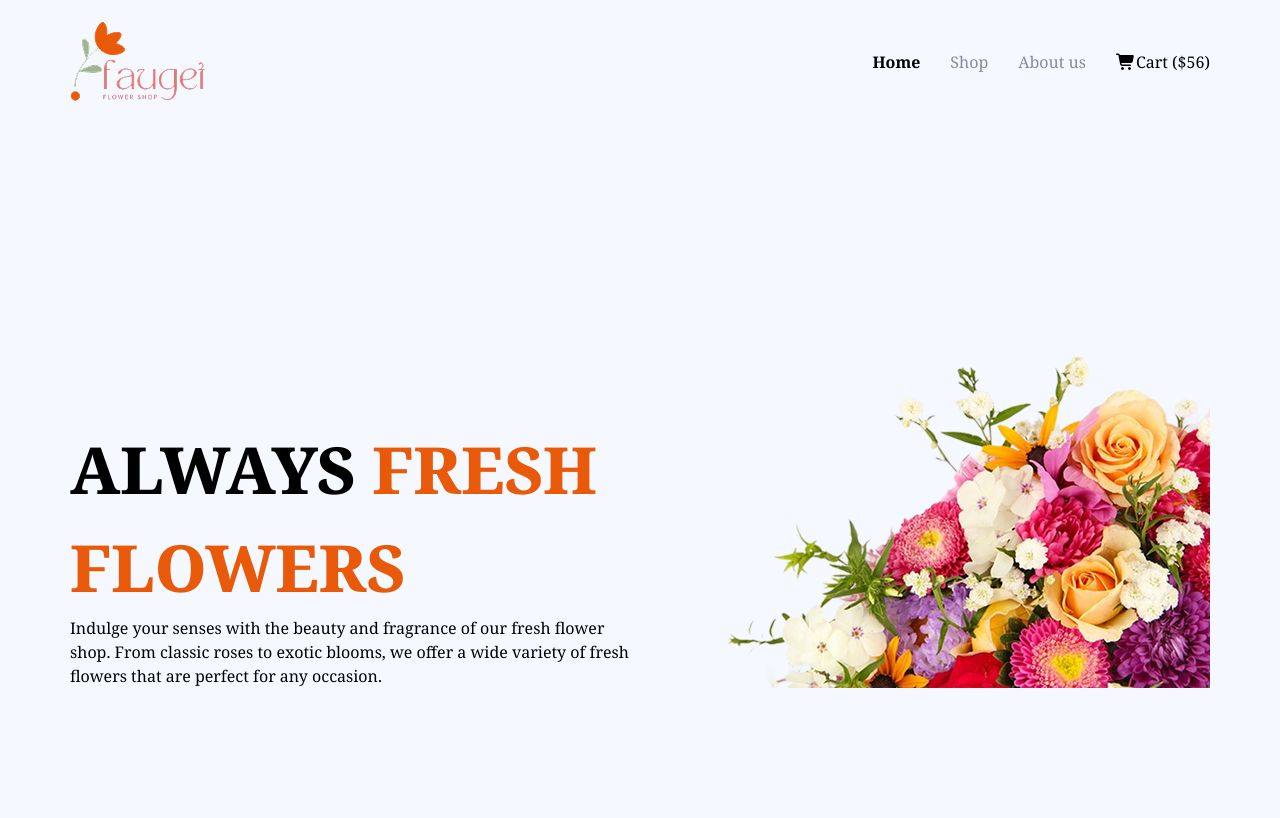
Repository: nahid-hasann/website-7
Page: index.html
An editor plug-in stored every save of this project. The page is shown before and after a run of saves, followed by the edit.
The browser window is 1280 px wide. The pictures show the whole page.
Some web libraries are served in a nearby version.

Above is the page before, as saved 2025-07-23 23:16:17.

### index.html
<!DOCTYPE html>
<html lang="en">
<head>
    <meta charset="UTF-8">
    <meta name="viewport" content="width=device-width, initial-scale=1.0">
     <script src="https://cdn.jsdelivr.net/npm/@tailwindcss/browser@4"></script>
    <title> website-7 </title>
    <link rel="stylesheet" href="style.css">
    <link rel="stylesheet" href="https://cdnjs.cloudflare.com/ajax/libs/font-awesome/7.0.0/css/all.min.css" integrity="sha512-DxV+EoADOkOygM4IR9yXP8Sb2qwgidEmeqAEmDKIOfPRQZOWbXCzLC6vjbZyy0vPisbH2SyW27+ddLVCN+OMzQ==" crossorigin="anonymous" referrerpolicy="no-referrer" />
   <link rel="preconnect" href="https://fonts.googleapis.com">
<link rel="preconnect" href="https://fonts.gstatic.com" crossorigin>
<link href="https://fonts.googleapis.com/css2?family=Noto+Serif:ital,wght@0,100..900;1,100..900&display=swap" rel="stylesheet">
</head>
<body class="noto-serif-nahid">


    <header>
        <nav>
            <div class="nav-logo">
                <img src="assets/logo.png" alt="">
            </div>
            <div class="nav-menu">
                <ul>
                    <li class="ul-li" style="color: black; font-weight: bold;">Home</li>
                    <li class="ul-li" >Shop</li>
                    <li class="ul-li" >About us</li>
                    <li class="last-li" style="color: black;"><i class="fa-solid fa-cart-shopping"></i>Cart ($56)</li>
                </ul>
            </div>
        </nav>
    </header>

    <main class="main">

        <section class="banner">
            <div class="banner-section">
                <div class="banner-description">
                    <h1>ALWAYS <span style="color: #e85a0a;">FRESH <br> FLOWERS</span></h1>
                    <p>Indulge your senses with the beauty and fragrance of our fresh flower shop. From classic roses to exotic blooms, we offer a wide variety of fresh flowers that are perfect for any occasion.  </p>
                </div>
                <div class="banner-img">
                    <img src="assets/hero-flower.png" alt="">
                </div>
            </div>
        </section>

    </main>




</body>
</html>

### style.css


*{
    margin: 0;
    padding: 0;
    box-sizing: border-box;
}


.noto-serif-nahid {
  font-family: "Noto Serif", serif;
  font-optical-sizing: auto;
  font-style: normal;
  font-variation-settings:
    "wdth" 100;
}

body{
    background-color: #f5f8ff;
}



/* header suru  */

header{
   margin: 20px auto;
   max-width: 1140px;
}

nav{
    display: flex;
    justify-content: space-between;
    align-items: center;
}

.nav-logo img{
    width: 100%;
}

.nav-menu ul{
     display: flex;
     gap: 30px;
     align-items: center;
     justify-content: center;
     margin: auto 0;
}

.nav-menu ul li{
    color: rgba(137, 135, 161, 1);
    font-weight: 400;
}


/* header sesh  */

.main{
    width: 1140px;
    margin: auto;
}

/* banner-section  */

.banner{
    margin: 230px 0 130px 0;
}

.banner-section{
     display: flex;
     align-items: end;
}

.banner-description{
    /* max-width: 500px; */
}

.banner-description h1{
    font-size: 65px;
    font-weight: 800;

}

.banner-img img{
    max-width: 570px;
}

/* banner-section  */





@media screen and (max-width:575px) {
    header{
        width: 100%;
    }

nav{
    margin:0 30px;

}

.nav-logo img{
    width: 63px;
}
    .ul-li{
        display: none;
    }

}

After the next 6 saves:
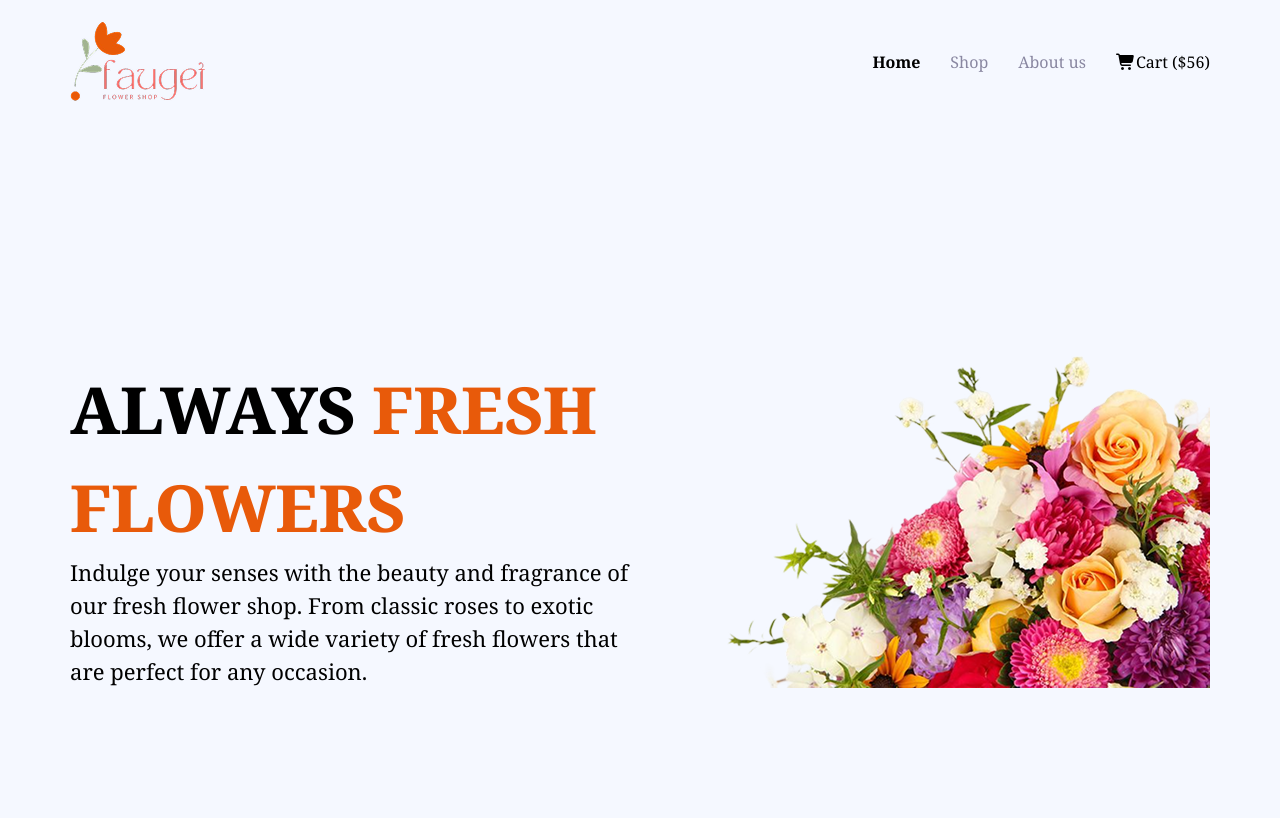
The 6 saves are shown as one change because they came seconds apart.
The last was saved 31 s later.
--- a/style.css
+++ b/style.css
@@ -80,6 +80,10 @@ nav{
 
 }
 
+.banner-description p{
+    font-size: 22px;
+}
+
 .banner-img img{
     max-width: 570px;
 }
